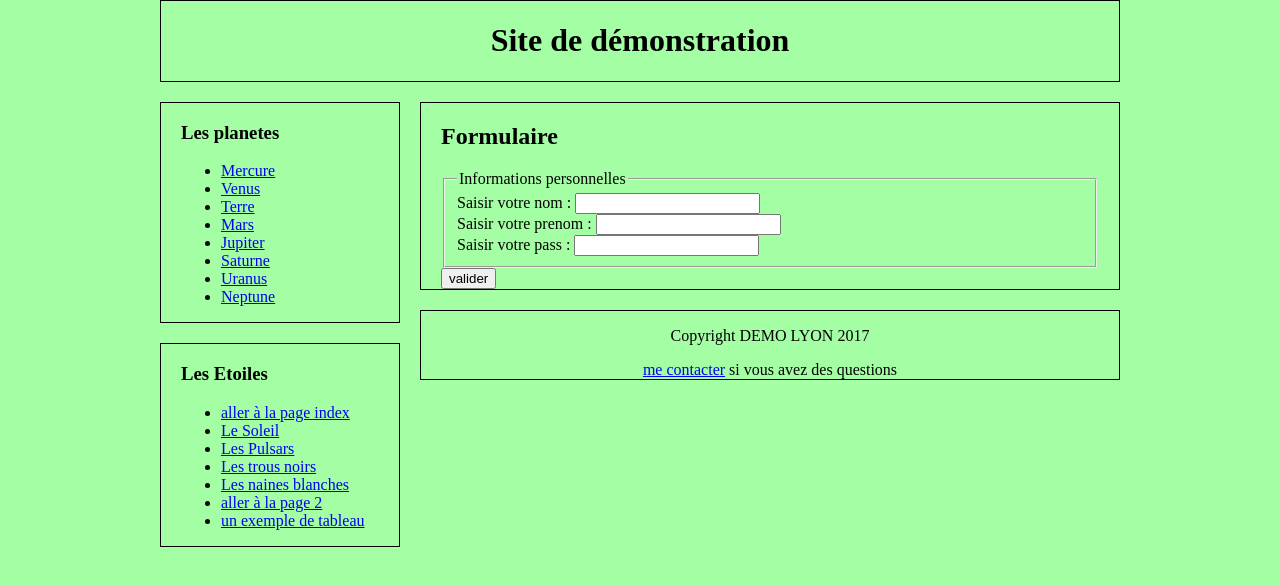
Repository: serviceshuios/-git-reference-java-lyon-worspace
Page: workspaceWeb/ModelePage1/WebContent/formulaire.html
An editor plug-in stored every save of this project. The page is shown before and after the next save, followed by the edit.
The browser window is 1280 px wide. The pictures show the whole page.

Above is the page before, as saved 2017-04-04 14:36:32.

### workspaceWeb/ModelePage1/WebContent/formulaire.html
<!DOCTYPE html>
<html>
<head>
<meta charset="UTF-8">
<title>modèle 1</title>
<meta name="viewport" content="width=device-width, initial-scale=1.0">
<link rel="stylesheet" href="css/style.css" />
</head>
<body>
	<div id="entete">
		<h1>Site de démonstration</h1>
	</div>
	<div id="nav">
		<div class="block planetes">
			<h3>Les planetes</h3>
			<ul>
				<li><a href="#">Mercure</a></li>
				<li><a href="#">Venus</a></li>
				<li><a href="#">Terre</a></li>
				<li><a href="#">Mars</a></li>
				<li><a href="#">Jupiter</a></li>
				<li><a href="#">Saturne</a></li>
				<li><a href="#">Uranus</a></li>
				<li><a href="#">Neptune</a></li>
			</ul>
		</div>
		<div class="block etoiles">
			<h3>Les Etoiles</h3>
			<ul>
				<li><a href="index.html">aller à la page index</a></li>
				<li><a href="#">Le Soleil</a></li>
				<li><a href="#">Les Pulsars</a></li>
				<li><a href="#">Les trous noirs</a></li>
				<li><a href="#">Les naines blanches</a></li>
				<li><a href="page2.html">aller à la page 2</a></li>
				<li><a href="tableau.html">un exemple de tableau</a></li>
			</ul>
		</div>

	</div>
	<div id="content">
	<div class="block">
		<h2>Formulaire</h2>
		<form method="post" action="#">
			<fieldset id="section-1">
				<legend>Informations personnelles</legend>
				<label for="nom">Saisir votre nom :</label>
				<input type="text" name="nom" id="nom"/><br/>
				<label for="prenom">Saisir votre prenom :</label>
				<input type="text" name="prenom" id="prenom"/><br/>
				<label for="mdp">Saisir votre pass :</label>
				<input type="password" name="mdp" id="mdp"/><br/>
			</fieldset>
			<input type="submit" value="valider"/>
		</form>

	</div>
	<div class="block footer">
		<p>Copyright DEMO LYON 2017</p>
		<a href="mailto:contact@example.com">me contacter</a> si vous avez des questions
	</div>
	</div>
</body>
</html>

### workspaceWeb/ModelePage1/WebContent/css/style.css
@CHARSET "UTF-8";
/*Si la taille de l'écran est inférieure à 681px*/
td, th {
	border:1px solid black;
	padding:10px;
}
table {
	border-collapse:collapse;
	margin-bottom:10px;
}
@media screen and (max-width:680px) {
	body {
		background-color: #ffd688;
		width:100%;
		margin: 0 auto;
	}
	#entete {
		border: 1px solid black;
		margin-bottom: 20px;
		padding: 0 20 px;
		text-align: center;
	}
	#nav {
		width: 100%;
	}
	#content {
		width: 100%;

	}
	.block {
		border: 1px solid black;
		margin-bottom: 20px;
		padding: 0 20px;
	}
	.footer {
		text-align: center;
	}
}

/*Si la taille de l'écran est comprise entre 681px et 1279px*/
@media screen and (min-width:681px) and (max-width:1279px) {
	body {
		background-color: #0080ff;
		width: 100%;
		margin:0 auto;
	}
	#entete {
		border: 1px solid black;
		margin-bottom: 20px;
		padding: 0 20 px;
		text-align: center;
	}
	#nav {
		width: 100%;
		float: left;
	}
	#content {
		width: 100%;
		float: right;
	}
	.planetes {
		float:left;
		width:45%;
	}
	.etoiles {
		float:right;
		width:45%;
	}
	.block {
		border: 1px solid black;
		margin-bottom: 20px;
		padding: 0 1%;
	}
	.footer {
		text-align: center;
	}
}

/*Si la taille de l'écran est supérieure à 1279px*/
@media screen and (min-width:1280px) {
	body {
		width: 960px;
		margin: 0 auto;
		background-color: #a4ffa4;
	}
	#entete {
		border: 1px solid black;
		margin-bottom: 20px;
		padding: 0 20 px;
		text-align: center;
	}
	#nav {
		width: 240px;
		float: left;
	}
	#content {
		width: 700px;
		float: right;
	}
	.block {
		border: 1px solid black;
		margin-bottom: 20px;
		padding: 0 20px;
	}
	.footer {
		text-align: center;
	}
}

After the next save:
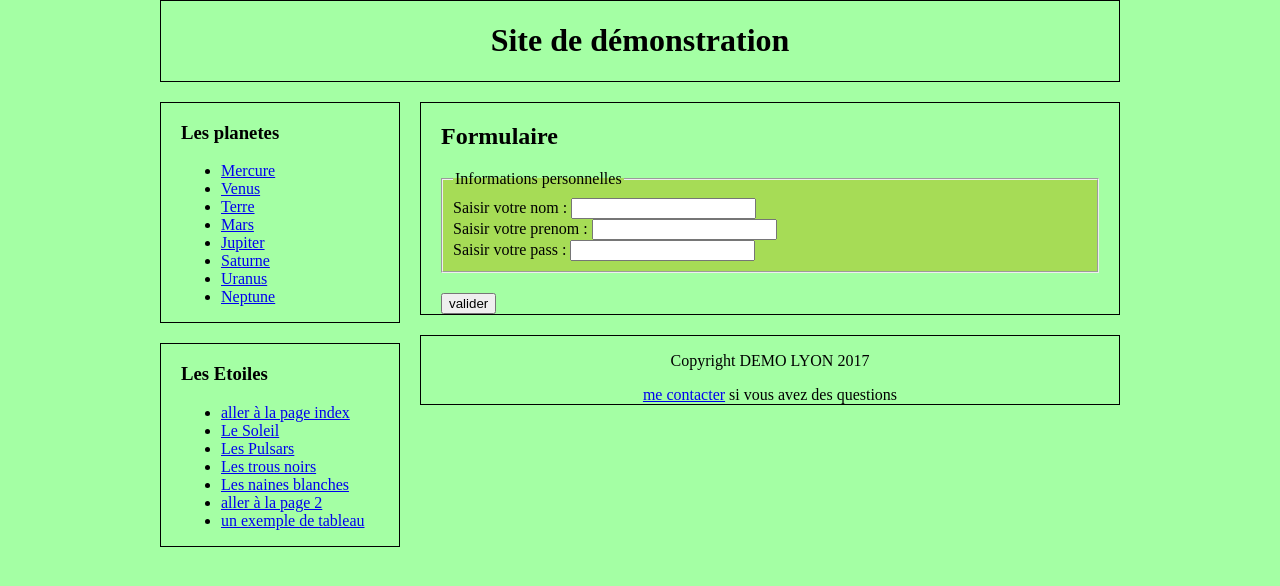
Saved 4 min 44 s later.
--- a/workspaceWeb/ModelePage1/WebContent/css/style.css
+++ b/workspaceWeb/ModelePage1/WebContent/css/style.css
@@ -7,6 +7,11 @@ td, th {
 table {
 	border-collapse:collapse;
 	margin-bottom:10px;
+}
+#section-1{
+	background-color: rgba(168,197,36,0.6);
+	padding:10px;
+	margin:20px 0px;
 }
 @media screen and (max-width:680px) {
 	body {
